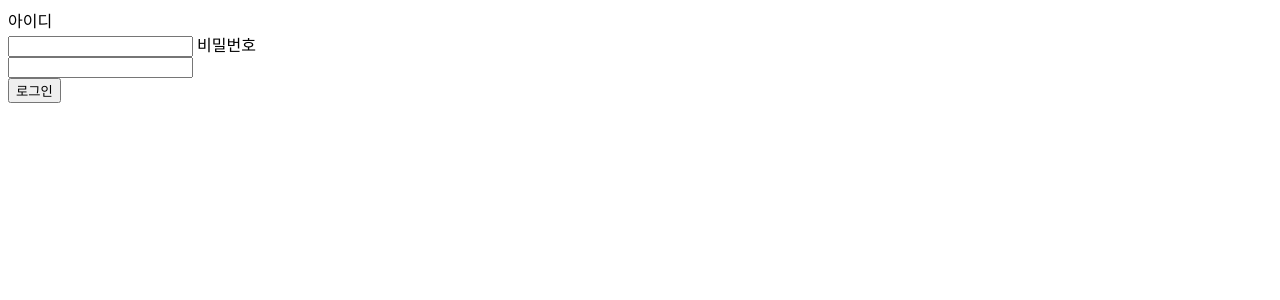
Repository: dnwpdud/WEB_CODES
Page: http://localhost/Jeyeong/Jhomework/JHW3.jsp
The author's editor kept a copy of each file at every save. The page is drawn from the files as they stood at one save, then again after a run of saves.
The browser window is 1280 px wide. The pictures show the whole page.
The page is served by Tomcat 9.

Above is the page before, as saved 2024-04-02 10:01:58.

After the next 2 saves:
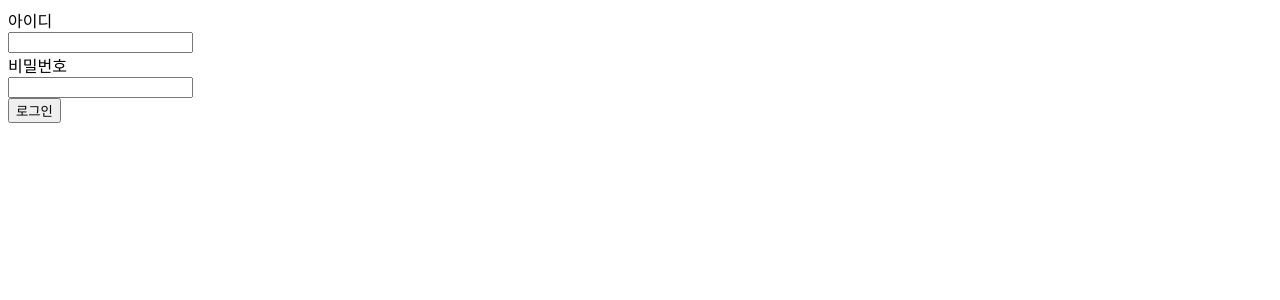
The 2 saves are shown as one change because they came seconds apart.
The last was saved 9 s later.
--- a/Jeyeong/src/main/webapp/Jhomework/JHW3.jsp
+++ b/Jeyeong/src/main/webapp/Jhomework/JHW3.jsp
@@ -8,11 +8,10 @@
 </head>
 <body>
 	아이디<br>
-	<input type="text" name="id">
+	<input type="text" name="id"><br>
 	비밀번호<br>
-	<input type="password" name="pw">
-	<br>
-	<input type="submit" value="로그인">
+	<input type="password" name="pw"><br>
+	<input type="submit" value="로그인"><br>
 
 </body>
 </html>
